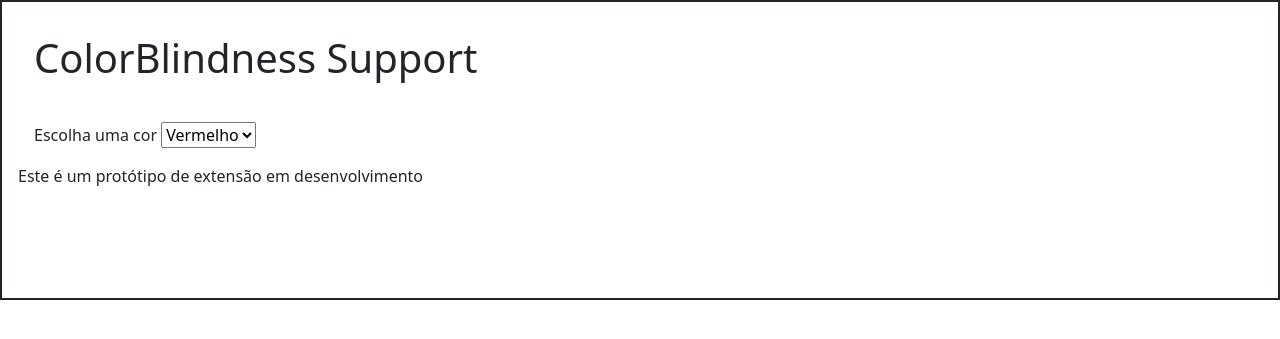
Repository: pedrosiqueira/daltonchrome
Page: popup.html
An editor plug-in stored every save of this project. The page is shown before and after the next save, followed by the edit.
The browser window is 1280 px wide. The pictures show the whole page.

Above is the page before, as saved 2022-06-17 13:06:52.

After the next save:
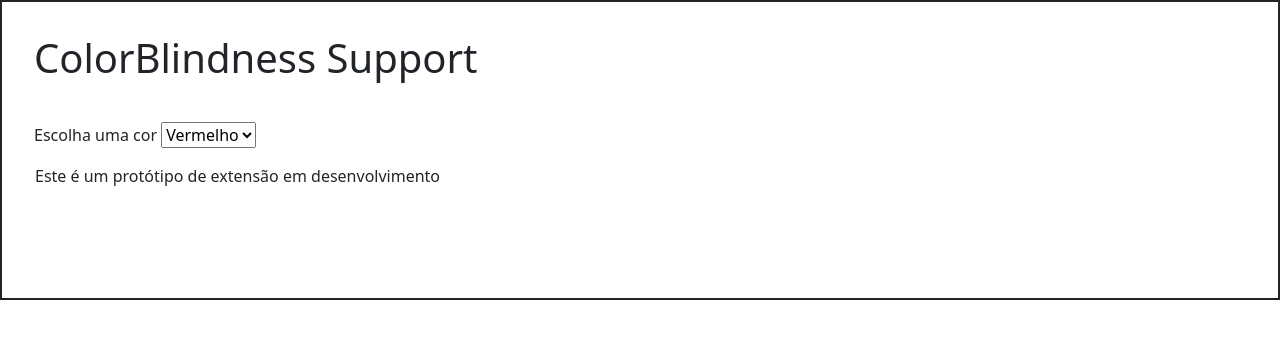
Saved 11 s later.
--- a/popup.html
+++ b/popup.html
@@ -36,7 +36,7 @@
         </select>
     </div>
 
-    <alert id="alert">Este é um protótipo de extensão em desenvolvimento</alert>
+    <alert id="alert" class="alert alert">Este é um protótipo de extensão em desenvolvimento</alert>
 
     <script src="js/vendor/jquery-3.6.0.min.js"></script>
     <script src="js/vendor/bootstrap.bundle.min.js"></script>
